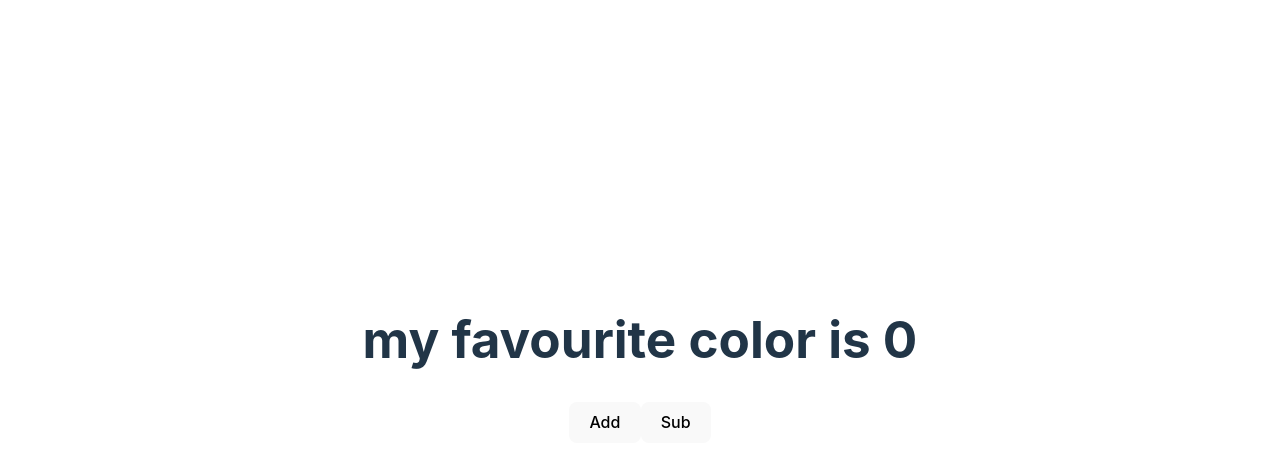
Repository: wakoya-tech/react-project
Page: / (app in Hooks/)
These files come from the project's save history. The page is drawn as it stood at one moment and after the next save; the edit follows.
The browser window is 1280 px wide. The pictures show the whole page.
The project was rebuilt for these pictures with package versions that can differ from the ones it lists, and the page was loaded fresh each time. Also part of the build but not shown: Hooks/vite.config.js.

Above is the page before, as saved 2025-10-14 22:37:53.

After the next save:
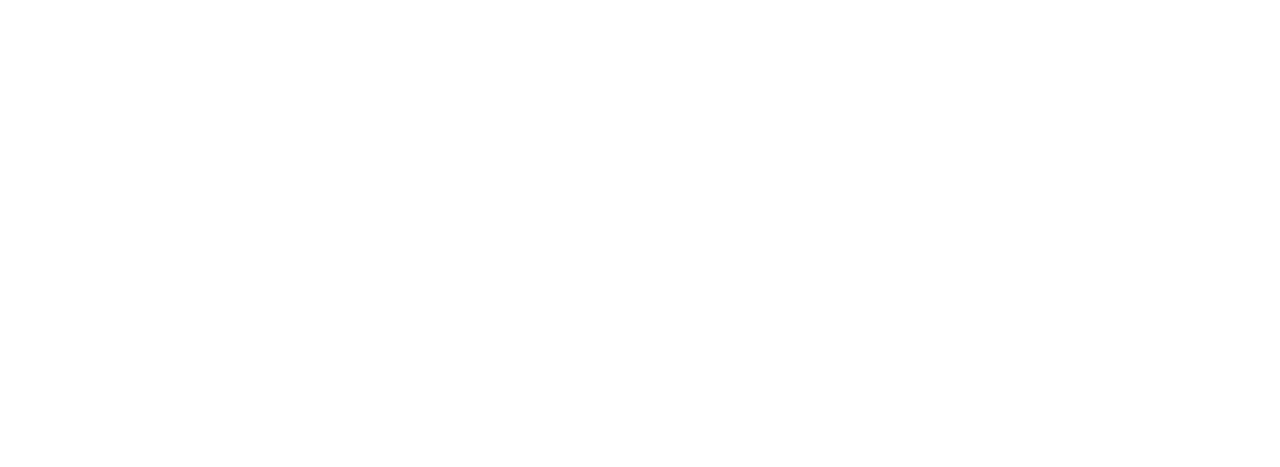
Console error: ReferenceError: handleColor is not defined
Saved 98 s later.
--- a/Hooks/src/App.jsx
+++ b/Hooks/src/App.jsx
@@ -2,21 +2,17 @@
 import './App.css'
 
 function App() {
-  const [count,setCount]=useState(0);
- function Add(){
-setCount(count+1)
-console.log(count);
- }
- function sub(){
-  setCount(count-1);
- }
+  const [color,setColor]=useState('white');
 
+function handleC(e){
+
+  setColor("Red")
+}
 return(
   <>
-  <h1>my favourite color is {count} </h1>
+  <h1>my favourite color is {color} </h1>
 
-  <button onClick={Add}>Add</button>
-  <button onClick={sub}>Sub</button>
+  <button onClick={handleColor}>Blue</button>
 
   </>
 )

After the save that followed:
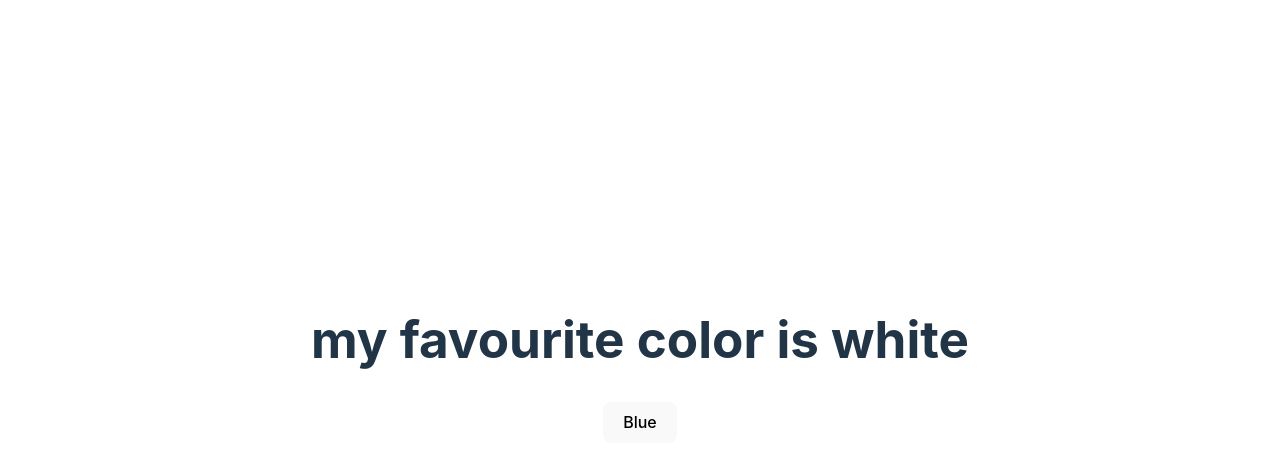
The error is gone.
Saved 18 s later.
--- a/Hooks/src/App.jsx
+++ b/Hooks/src/App.jsx
@@ -4,7 +4,7 @@
 function App() {
   const [color,setColor]=useState('white');
 
-function handleC(e){
+function handleColor(e){
 
   setColor("Red")
 }
